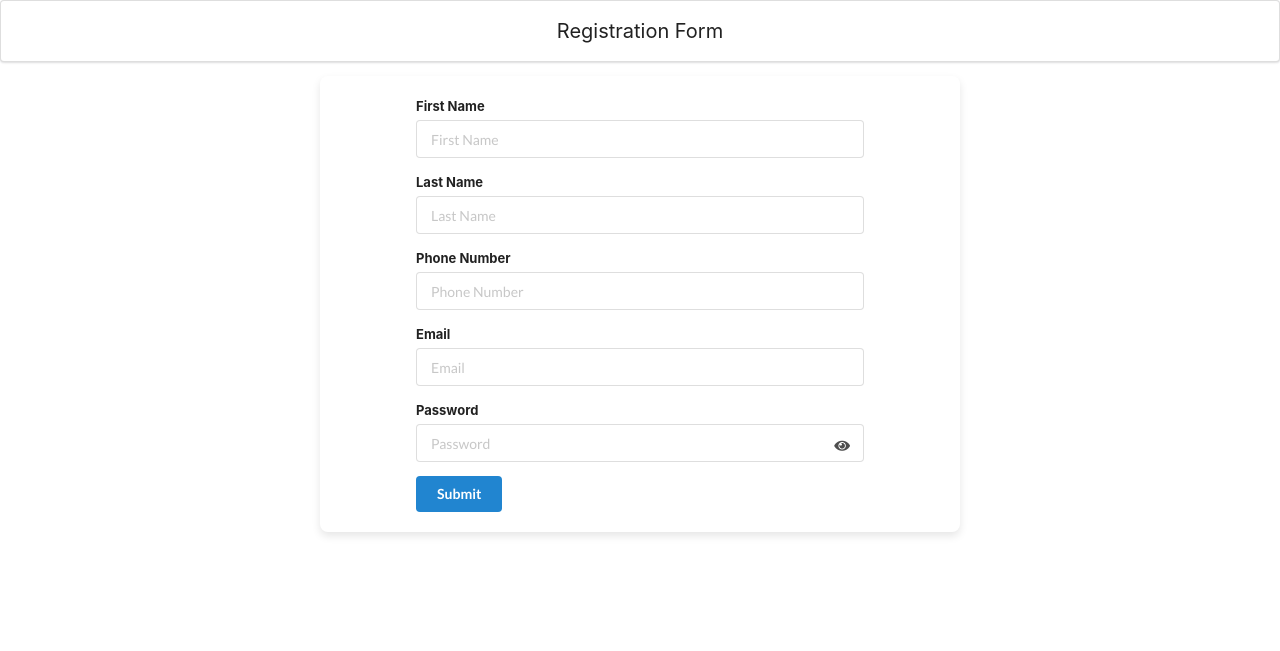
Repository: Wahid137/registration-form
Page: /
These files come from the project's save history. The page is drawn as it stood at one moment and after a run of saves; the edit follows.
The browser window is 1280 px wide. The pictures show the whole page.
The project was rebuilt for these pictures with package versions that can differ from the ones it lists, and the page was loaded fresh each time.

Above is the page before, as saved 2024-05-02 11:11:01.

### public/index.html
<!DOCTYPE html>
<html lang="en">
  <head>
    <meta charset="utf-8" />
    <link rel="icon" href="%PUBLIC_URL%/favicon.ico" />
    <meta name="viewport" content="width=device-width, initial-scale=1" />
    <meta name="theme-color" content="#000000" />
    <meta
      name="description"
      content="Web site created using create-react-app"
    />
    <link rel="apple-touch-icon" href="%PUBLIC_URL%/logo192.png" />
    <!--
      manifest.json provides metadata used when your web app is installed on a
      user's mobile device or desktop. See https://developers.google.com/web/fundamentals/web-app-manifest/
    -->
    <link rel="manifest" href="%PUBLIC_URL%/manifest.json" />
    <!--
      Notice the use of %PUBLIC_URL% in the tags above.
      It will be replaced with the URL of the `public` folder during the build.
      Only files inside the `public` folder can be referenced from the HTML.

      Unlike "/favicon.ico" or "favicon.ico", "%PUBLIC_URL%/favicon.ico" will
      work correctly both with client-side routing and a non-root public URL.
      Learn how to configure a non-root public URL by running `npm run build`.
    -->
    <title>Registration From</title>
  </head>
  <body>
    <noscript>You need to enable JavaScript to run this app.</noscript>
    <div id="root"></div>
    <!--
      This HTML file is a template.
      If you open it directly in the browser, you will see an empty page.

      You can add webfonts, meta tags, or analytics to this file.
      The build step will place the bundled scripts into the <body> tag.

      To begin the development, run `npm start` or `yarn start`.
      To create a production bundle, use `npm run build` or `yarn build`.
    -->
  </body>
</html>

### src/index.js
import React from 'react';
import ReactDOM from 'react-dom/client';
import 'semantic-ui-css/semantic.min.css';
import App from './App';
import './index.css';
import reportWebVitals from './reportWebVitals';

const root = ReactDOM.createRoot(document.getElementById('root'));
root.render(
  <React.StrictMode>
    <App />
  </React.StrictMode>
);

// If you want to start measuring performance in your app, pass a function
// to log results (for example: reportWebVitals(console.log))
// or send to an analytics endpoint. Learn more: https://bit.ly/CRA-vitals
reportWebVitals();

### src/App.js
import { Segment } from 'semantic-ui-react';
import './App.css';
import Register from './components/Register';

function App() {
  return (
    <div className="App">
      <Segment textAlign='center' size={"huge"}>Registration Form</Segment>
      <Register />
    </div>
  );
}

export default App;

### src/App.css
.register-container {
  padding-top: 20px;
  padding-bottom: 20px;
  display: flex;
  width: 50%;
  justify-content: center;
  box-shadow: 0 4px 8px rgba(0, 0, 0, 0.1);
  border-radius: 8px;
}
.form-field {
  margin-bottom: 1rem;
}

.gender-field {
  display: flex;
  flex-direction: row;
}

.gender-option {
  display: flex;
  margin-right: 1rem;
  align-items: center;
  justify-content: center;
}

.gender-option input {
  margin-right: 0.5rem;
}

### src/components/Register.js
import { joiResolver } from "@hookform/resolvers/joi";
import Joi from "joi";
import React, { useState } from "react";
import { useForm } from "react-hook-form";
import { Button, Container, Form, FormField, Icon } from "semantic-ui-react";

/* //schema
const schema = Joi.object({
    firstName: Joi.string().min(2).max(20).pattern(nameRegex).required().messages({
        "string.base": "First name must be a string",
        "string.empty": "Please enter your first name",
        "string.min": "First name must have at least {#limit} characters",
        "string.max": "First name cannot exceed {#limit} characters",
        "string.pattern.base": "First name must contain only alphabets and spaces",
        "any.required": "First name is required",
    }),
    lastName: Joi.string().min(2).max(20).pattern(nameRegex).required().messages({
        "string.base": "Last name must be a string",
        "string.empty": "Please enter your last name",
        "string.min": "Last name must have at least {#limit} characters",
        "string.max": "Last name cannot exceed {#limit} characters",
        "string.pattern.base": "Last name must contain only alphabets and spaces",
        "any.required": "Last name is required",
    }),
    gender: Joi.string().valid('male', 'female', 'other').required().messages({
        "any.required": "Gender is required",
        "any.only": "Please select a valid gender",
    }),
    birthDate: Joi.date()
        .max(minBirthDate)
        .required()
        .messages({
            "date.base": "Please enter a valid date",
            "date.max": "You must be at least 18 years old",
            "any.required": "Birth date is required",
        }),
    phoneNumber: Joi.string().pattern(phoneRegex).required().messages({
        "string.base": "Phone number must be a string",
        "string.empty": "Please enter your phone number",
        "string.pattern.base": "Phone number must be exactly 10 digits",
        "any.required": "Phone number is required",
    }),
    email: Joi.string().email({ tlds: { allow: false } }).required().messages({
        "string.base": "Email must be a string",
        "string.empty": "Please enter your email",
        "string.email": "Please enter a valid email address",
        "any.required": "Email is required",
    }),
    password: Joi.string().pattern(passwordRegex).required().messages({
        "string.base": "Password must be a string",
        "string.empty": "Please enter your password",
        "string.pattern.base": "Password must be 3 to 30 characters long and contain at least one lowercase letter, one uppercase letter, and one digit",
        "any.required": "Password is required",
    }),
    confirmPassword: Joi.string().valid().required().messages({
        "any.required": "Confirm password is required",
        "any.only": "Passwords do not match",
    }),
    country: Joi.string().required().messages({
        "any.required": "Please select a country",
        "string.empty": "Please select a country",
    }),
}); */

const schema = Joi.object({
    firstName: Joi.string().min(2).max(20).required().label("First Name"),
    middleName: Joi.string().min(2).max(20).required().label("Last Name"),
    phoneNumber: Joi.string().length(10).required().label("Phone Number"),
    email: Joi.string()
        .email({ minDomainSegments: 2, tlds: { allow: ['com', 'net'] } }).required().label("Email"),
    password: Joi.string().min(8).max(1000).required().label("Password"),
});

const Register = () => {
    const [showPassword, setShowPassword] = useState(false);
    const [showConfirmPassword, setShowConfirmPassword] = useState(false);
    const togglePasswordVisibility = () => setShowPassword(!showPassword);
    const toggleConfirmPasswordVisibility = () => setShowConfirmPassword(!showConfirmPassword);

    //useForm
    const { register, handleSubmit, reset, formState: { errors } } = useForm({ resolver: joiResolver(schema) });



    //submit handler
    const onSubmit = (data) => {
        console.log(data);
        reset();
        alert("Registration Successfully done!")
    };

    return (
        <Container
            style={{
                paddingTop: "20px",
                paddingBottom: "20px",
                display: "flex",
                width: "50%",
                justifyContent: "center",
                boxShadow: "0 4px 8px rgba(0,0,0,0.1)",
                borderRadius: "8px",
            }}
        >

            <Form style={{ width: "70%" }} onSubmit={handleSubmit(onSubmit)}>
                <div className="form-field">
                    <FormField>
                        <label>First Name</label>
                        <input
                            placeholder="First Name"
                            {...register("firstName")}

                        />
                        {errors.firstName && (
                            <div className="ui pointing red basic label">
                                {errors.firstName.message}
                            </div>
                        )}
                    </FormField>
                </div>
                <div className="form-field">
                    <FormField>
                        <label>Last Name</label>
                        <input
                            placeholder="Last Name"
                            {...register("middleName")}

                        />
                        {errors.middleName && (
                            <div className="ui pointing red basic label">
                                {errors.middleName.message}
                            </div>
                        )}
                    </FormField>
                </div>

                <div className="form-field">
                    <FormField>
                        <label>Phone Number</label>
                        <input
                            placeholder="Phone Number"
                            {...register("phoneNumber")}

                        />
                        {errors.phoneNumber && (
                            <div className="ui pointing red basic label">
                                {errors.phoneNumber.message}
                            </div>
                        )}
                    </FormField>
                </div>

                <div className="form-field">
                    <FormField>
                        <label>Email</label>
                        <input
                            placeholder="Email"
                            {...register("email")}

                        />
                        {errors.email && (
                            <div className="ui pointing red basic label">
                                {errors.email.message}
                            </div>
                        )}
                    </FormField>
                </div>
                <div className="form-field">
                    <FormField>
                        <label>Password</label>
                        <div className="ui input">
                            <input
                                type={showPassword ? "text" : "password"}
                                placeholder="Password"
                                {...register("password")}

                            />
                            <Icon
                                name={showPassword ? "eye slash" : "eye"}
                                link
                                onClick={togglePasswordVisibility}
                                style={{ cursor: "pointer", position: "absolute", right: "10px", top: "50%", transform: "translateY(-50%)" }}
                            />
                        </div>
                        {errors.password && (
                            <div className="ui pointing red basic label">
                                {errors.password.message}
                            </div>
                        )}
                    </FormField>
                </div>
                <Button type="submit" color="blue">
                    Submit
                </Button>
            </Form>
        </Container>
    );
};

export default Register;


{/*
                <div className="form-field">
                    <FormField error={formErrors.birthDate !== undefined}>
                        <label>Birth Date</label>
                        <input
                            type="date"
                            name="birthDate"
                            {...register("birthDate")}
                            className={formErrors.birthDate ? "error" : ""}
                        />
                        {formErrors.birthDate && (
                            <div className="ui pointing red basic label">
                                {formErrors.birthDate}
                            </div>
                        )}
                    </FormField>
                </div>


                <div className="form-field">
                    <FormField>
                        <label>Gender</label>
                        <div className="gender-field">
                            <div className="gender-option">
                                <input type="radio" id="male" {...register("gender")} value="male" />
                                <label htmlFor="male">Male</label>
                            </div>
                            <div className="gender-option">
                                <input type="radio" id="female" {...register("gender")} value="female" />
                                <label htmlFor="female">Female</label>
                            </div>
                            <div className="gender-option">
                                <input type="radio" id="other" {...register("gender")} value="other" />
                                <label htmlFor="other">Other</label>
                            </div>
                        </div>
                        {formErrors.gender && (
                            <div className="ui pointing red basic label">
                                {formErrors.gender}
                            </div>
                        )}
                    </FormField>
                </div>
                <div className="form-field">
                    <FormField error={formErrors.country !== undefined}>
                        <label>Country</label>
                        <select {...register("country")} className={formErrors.country ? "error" : "ui search dropdown"}>
                            <option value="">Select your country</option>
                            {
                                countryOptions?.map((country) => <option key={country?.key} value={country?.value}>{country?.text}</option>)
                            }
                        </select>
                        {formErrors.country && (
                            <div className="ui pointing red basic label">
                                {formErrors.country}
                            </div>
                        )}
                    </FormField>
                </div>

                <div className="form-field">
                    <FormField error={formErrors.confirmPassword !== undefined}>
                        <label>Confirm Password</label>
                        <div className="ui input">
                            <input
                                type={showConfirmPassword ? "text" : "password"}
                                placeholder="Confirm Password"
                                {...register("confirmPassword")}
                                className={formErrors.confirmPassword ? "error" : ""}
                            />
                            <Icon
                                name={showConfirmPassword ? "eye slash" : "eye"}
                                link
                                onClick={toggleConfirmPasswordVisibility}
                                style={{ cursor: "pointer", position: "absolute", right: "10px", top: "50%", transform: "translateY(-50%)" }}
                            />
                        </div>
                        {formErrors.confirmPassword && (
                            <div className="ui pointing red basic label">
                                {formErrors.confirmPassword}
                            </div>
                        )}
                    </FormField>
                </div> */}

Loaded but not shown: src/index.css (common file); src/reportWebVitals.js (common file)

After the next 3 saves:
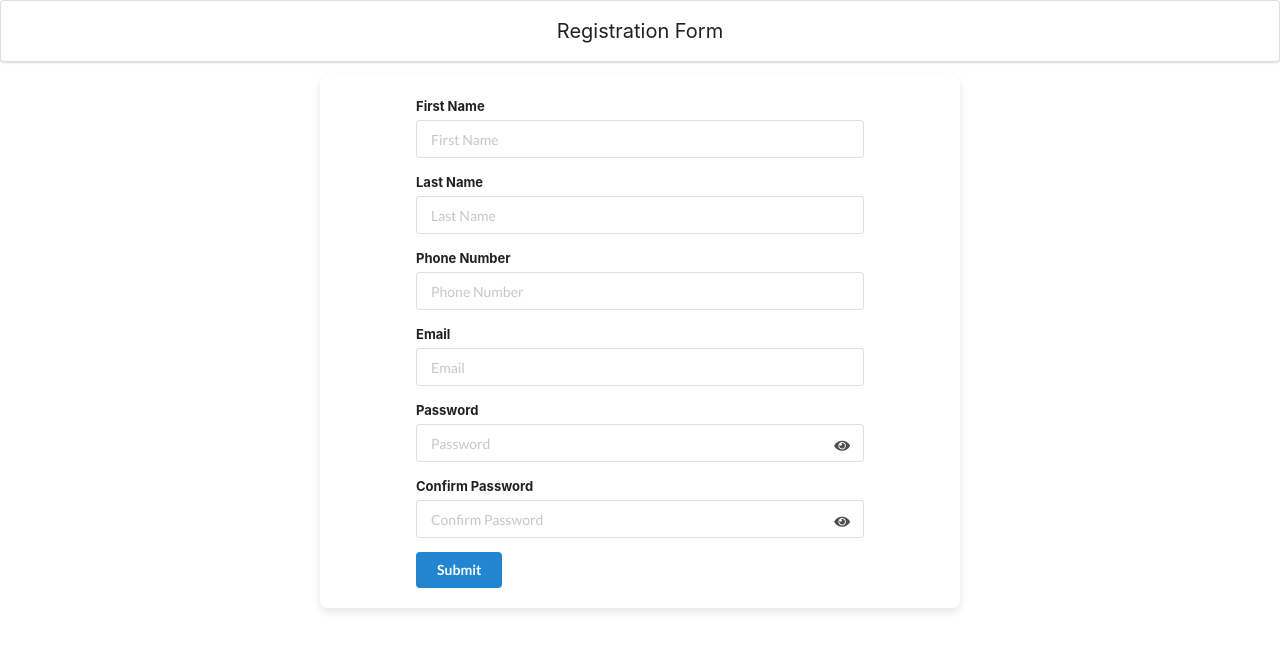
The 3 saves are shown as one change because 2 did not build or start.
The last was saved 2 min 2 s later.
--- a/src/components/Register.js
+++ b/src/components/Register.js
@@ -189,6 +189,30 @@ const Register = () => {
                         )}
                     </FormField>
                 </div>
+                <div className="form-field">
+                    <FormField >
+                        <label>Confirm Password</label>
+                        <div className="ui input">
+                            <input
+                                type={showConfirmPassword ? "text" : "password"}
+                                placeholder="Confirm Password"
+                                {...register("confirmPassword")}
+
+                            />
+                            <Icon
+                                name={showConfirmPassword ? "eye slash" : "eye"}
+                                link
+                                onClick={toggleConfirmPasswordVisibility}
+                                style={{ cursor: "pointer", position: "absolute", right: "10px", top: "50%", transform: "translateY(-50%)" }}
+                            />
+                        </div>
+                        {errors.confirmPassword && (
+                            <div className="ui pointing red basic label">
+                                {errors.confirmPassword.message}
+                            </div>
+                        )}
+                    </FormField>
+                </div>
                 <Button type="submit" color="blue">
                     Submit
                 </Button>
@@ -260,27 +284,4 @@ export default Register;
                     </FormField>
                 </div>
 
-                <div className="form-field">
-                    <FormField error={formErrors.confirmPassword !== undefined}>
-                        <label>Confirm Password</label>
-                        <div className="ui input">
-                            <input
-                                type={showConfirmPassword ? "text" : "password"}
-                                placeholder="Confirm Password"
-                                {...register("confirmPassword")}
-                                className={formErrors.confirmPassword ? "error" : ""}
-                            />
-                            <Icon
-                                name={showConfirmPassword ? "eye slash" : "eye"}
-                                link
-                                onClick={toggleConfirmPasswordVisibility}
-                                style={{ cursor: "pointer", position: "absolute", right: "10px", top: "50%", transform: "translateY(-50%)" }}
-                            />
-                        </div>
-                        {formErrors.confirmPassword && (
-                            <div className="ui pointing red basic label">
-                                {formErrors.confirmPassword}
-                            </div>
-                        )}
-                    </FormField>
-                </div> */}
+                */}
